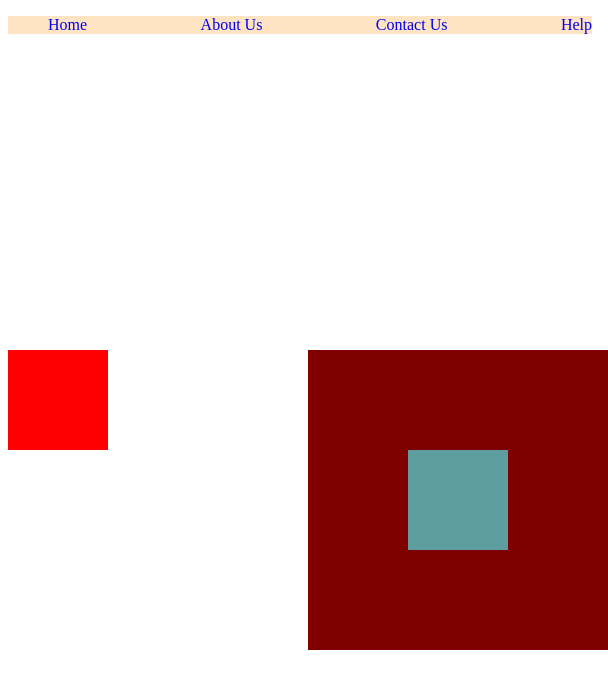
Repository: rakeshkolpepatil/CSS_Apana_College
Page: index.html
These files come from the project's save history. The page is drawn as it stood at one moment and after the next save; the edit follows.
The browser window is 600 px wide. The page is 608 px wide, so the pictures cover 608 px, including what lies to the right of the window. The pictures show the whole page.

Above is the page before, as saved 2023-06-24 23:26:08.

### index.html
<!DOCTYPE html>
<html lang="en">
<head>
  <meta charset="UTF-8">
  <meta name="viewport" content="width=device-width, initial-scale=1.0">
  <title>Practice Set 6</title>
  <link rel="stylesheet" href="styleEight.css"/>
</head>
<body>
  <div>
    <ul class="navbar">
      <li> <a class="litem" href="#"> Home </a> </li>
      <li> <a class="litem" href="#"> About Us </a> </li>
      <li> <a class="litem" href="#"> Contact Us </a> </li>
      <li> <a class="litem" href="#"> Help </a> </li>
    </ul>
  </div>

  <div id="outer">
    <div id="inner">

    </div>
  </div>

  <div id="med"></div>

</body>
</html>

### styleEight.css
ul{
  list-style-type: none;
}

.navbar{
  display: flex;
  justify-content: space-between;
  background-color:bisque
}
.litem{
  text-decoration: none;
  /* background-color:aqua; */
  /* display: inline; */
}

#outer{
  height: 300px;
  width: 300px;
  background-color:maroon;
  display: flex;
  justify-content: center;
  align-items:center;
  position: relative;
  left: 300px;
  top: 300px;
}

#inner{
  height: 100px;
  width: 100px;
  background-color:cadetblue;
}
#med{
  width: 100px;
  height: 100px;
  background-color:chocolate
}

@media(max-width: 700px){
  #med{
    background-color: red
  }
}

After the next save:
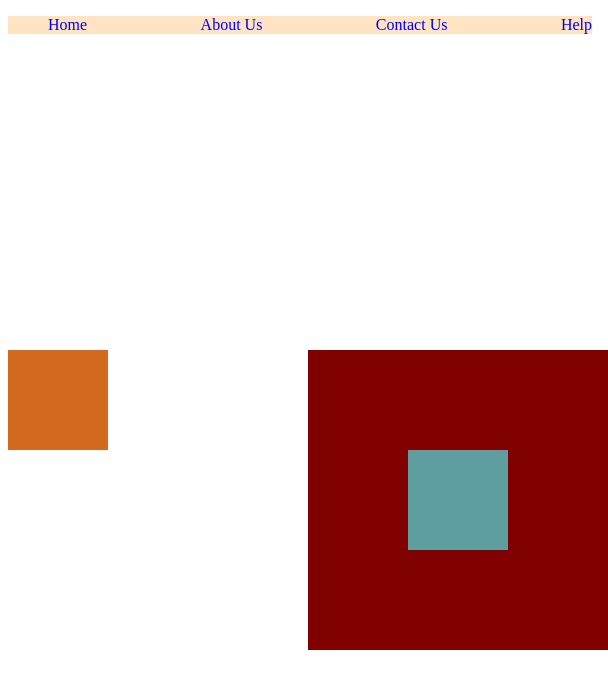
Saved 57 s later.
--- a/styleEight.css
+++ b/styleEight.css
@@ -36,7 +36,7 @@ ul{
   background-color:chocolate
 }
 
-@media(max-width: 700px){
+@media(mix-width: 900px){
   #med{
     background-color: red
   }
